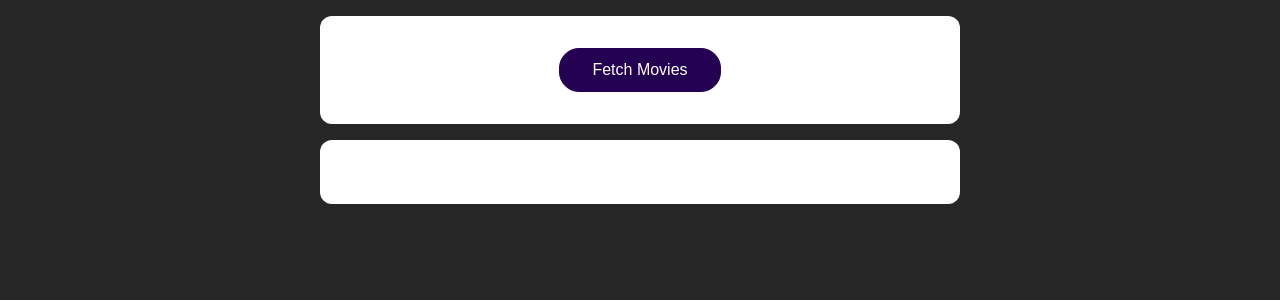
Repository: NamalPathirana/13-HTTPRequests
Page: /
An editor plug-in stored every save of this project. The page is shown before and after a run of saves, followed by the edit.
The browser window is 1280 px wide. The pictures show the whole page.
The project was rebuilt for these pictures with package versions that can differ from the ones it lists, and the page was loaded fresh each time. Also part of the build but not shown: src/components/Movie.module.css, src/components/Movie.js, src/components/MoviesList.module.css, src/components/MoviesList.js.

Above is the page before, as saved 2022-03-20 19:35:29.

### src/App.js
import React from "react";

import MoviesList from "./components/MoviesList";
import "./App.css";
import { useState } from "react";

function App() {
  // const dummyMovies = [
  //   {
  //     id: 1,
  //     title: 'Some Dummy Movie',
  //     openingText: 'This is the opening text of the movie',
  //     releaseDate: '2021-05-18',
  //   },
  //   {
  //     id: 2,
  //     title: 'Some Dummy Movie 2',
  //     openingText: 'This is the second opening text of the movie',
  //     releaseDate: '2021-05-19',
  //   },
  // ];

  const [movies, setMovies] = useState([]);

  const [isLoading, setIsLoading] = useState();

  const fetchMovieHandler = async () => {
    setIsLoading(true); // loading indication variable

    const response = await fetch("https://swapi.dev/api/films/");
    const data = await response.json();
    const transformedData = data.results.map((movieData) => {
      return {
        id: movieData.episode_id,
        title: movieData.title,
        openingText: movieData.opening_crawl,
        releaseDate: movieData.releaseDate,
      };
    });

    setMovies(transformedData);

    setIsLoading(false); // loading indication variable
  };

  return (
    <React.Fragment>
      <section>
        <button onClick={fetchMovieHandler}>Fetch Movies</button>
      </section>
      <section>{!isLoading && movies.length>0 && <MoviesList movies={movies} />}
      {isLoading && "Loading..."}
      </section>
    </React.Fragment>
  );
}

export default App;

Loaded but not shown: public/index.html (common file); src/index.js (common file); src/index.css (common file); src/App.css (common file)

After the next 2 saves:
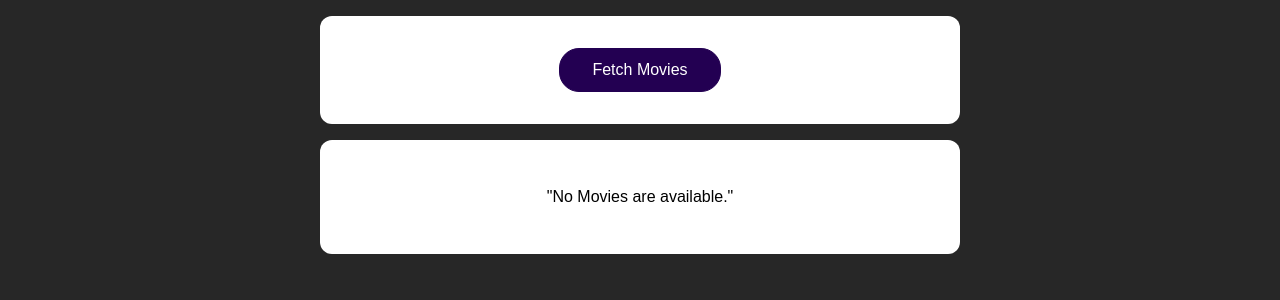
The 2 saves are shown as one change because they came seconds apart.
The last was saved 84 s later.
--- a/src/App.js
+++ b/src/App.js
@@ -49,6 +49,7 @@ function App() {
         <button onClick={fetchMovieHandler}>Fetch Movies</button>
       </section>
       <section>{!isLoading && movies.length>0 && <MoviesList movies={movies} />}
+      {movies.length===0 && <p>"No Movies are available."</p>}
       {isLoading && "Loading..."}
       </section>
     </React.Fragment>
